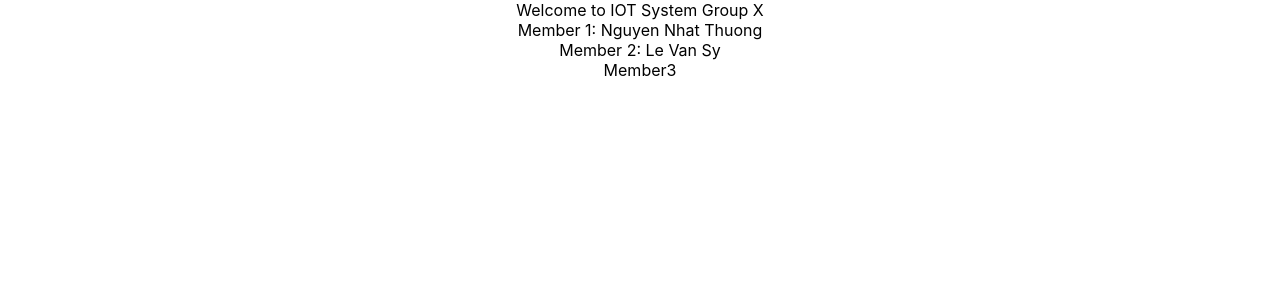
Repository: ngnhthuong/IOT_LAB
Page: /
An editor plug-in stored every save of this project. The page is shown before and after the next save, followed by the edit.
The browser window is 1280 px wide. The pictures show the whole page.
The project was rebuilt for these pictures with package versions that can differ from the ones it lists, and the page was loaded fresh each time.

Above is the page before, as saved 2024-04-23 14:20:22.

After the next save:
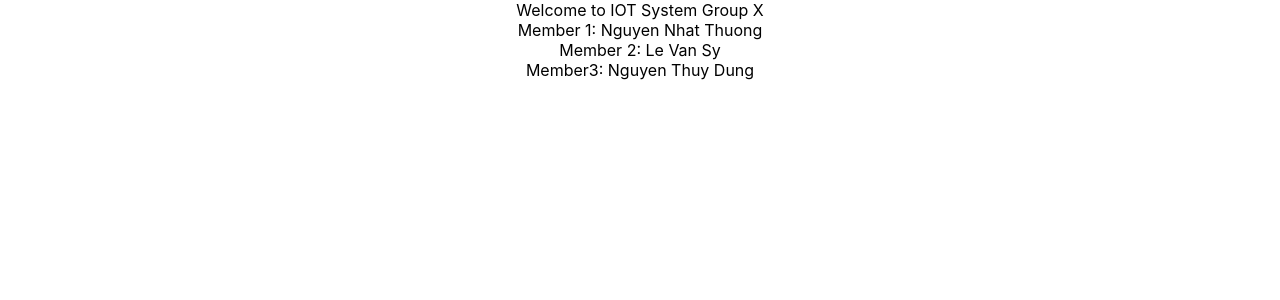
Saved 5 s later.
--- a/src/App.js
+++ b/src/App.js
@@ -8,7 +8,7 @@ function App() {
       <div>
         <div>Member 1: Nguyen Nhat Thuong</div>
         <div>Member 2: Le Van Sy</div>
-        <div>Member3</div>
+        <div>Member3: Nguyen Thuy Dung</div>
       </div>
       <div>
         <div>
